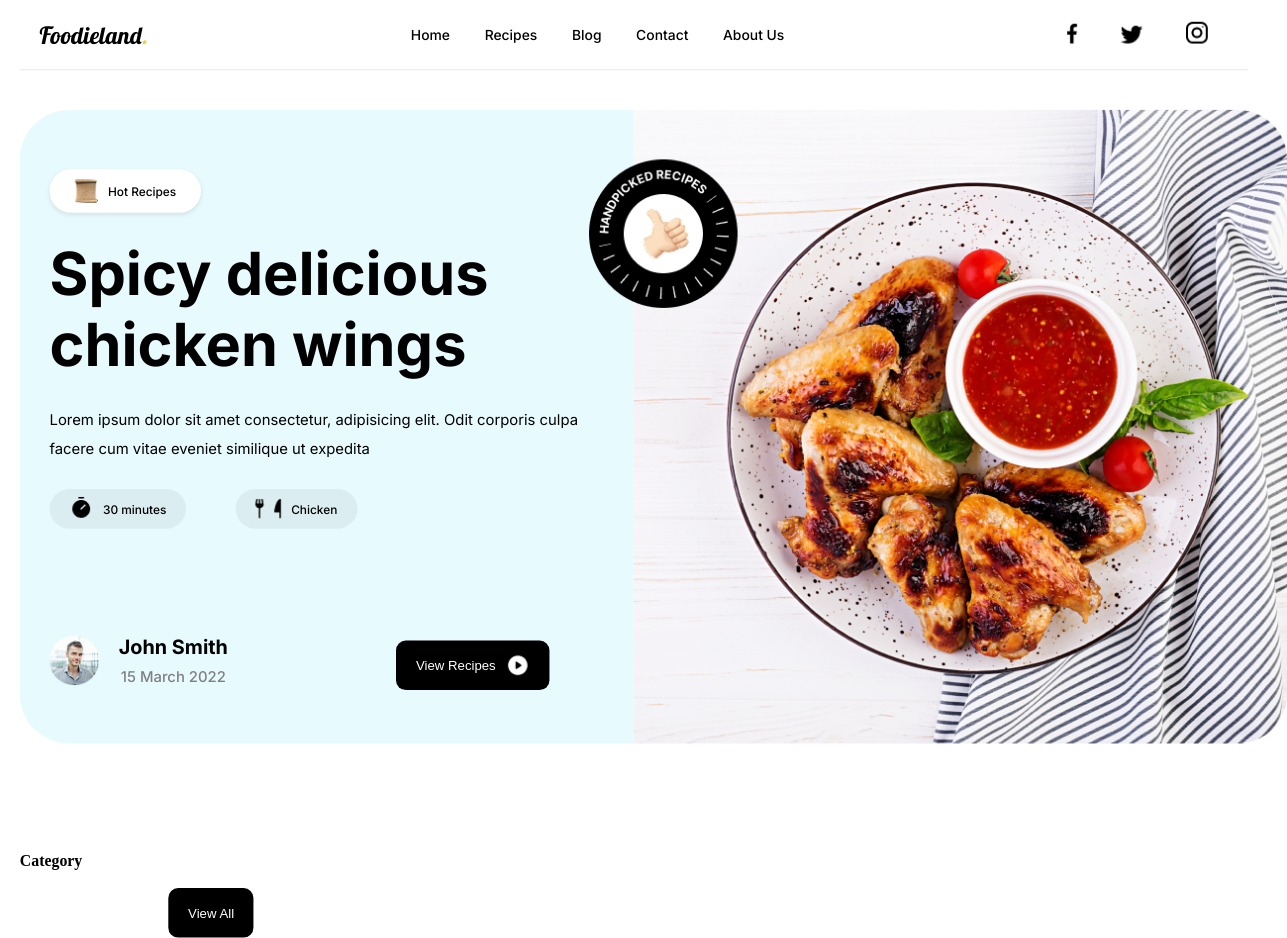
Repository: SolomonChinonso/Advanced-html-and-css-project
Page: index.html
An editor plug-in stored every save of this project. The page is shown before and after a run of saves, followed by the edit.
The browser window is 1280 px wide. The page is 1300 px wide, so the pictures cover 1300 px, including what lies to the right of the window. The pictures show the whole page, at 99% of full size.

Above is the page before, as saved 2026-04-16 15:00:04.

After the next 2 saves:
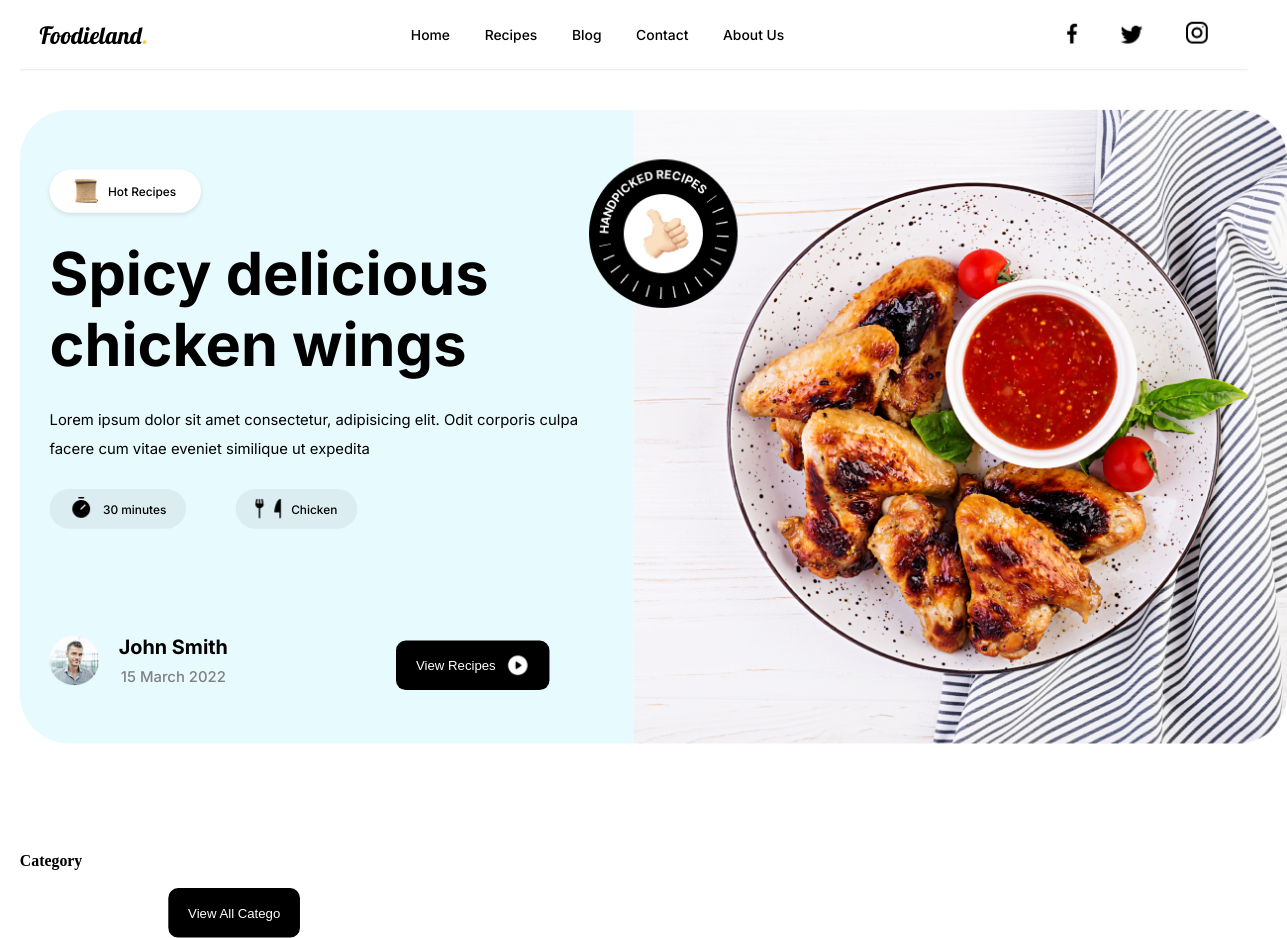
The 2 saves are shown as one change because they came seconds apart.
The last was saved 7 s later.
--- a/index.html
+++ b/index.html
@@ -74,7 +74,7 @@
     <section class="category">
         <div class="title-section">
             <h4>Category</h4>
-            <button>View All </button>
+            <button>View All Catego</button>
         </div>
     </section>
 </body>
